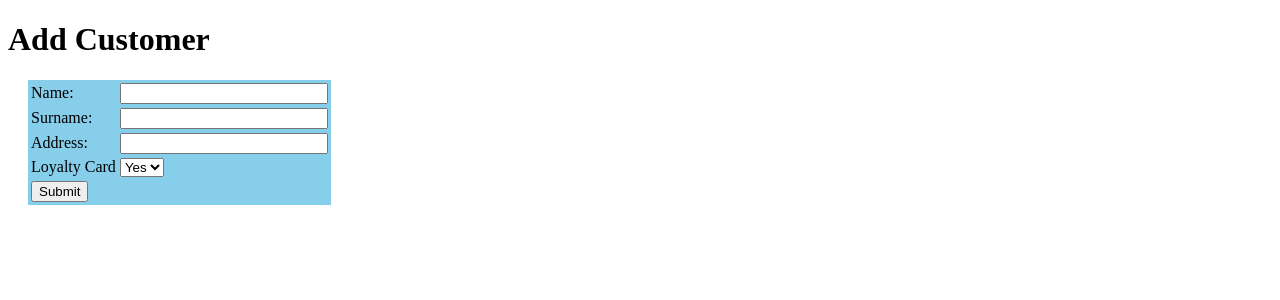
Repository: ieuqirne/Software_Architecture
Page: DE_Store/WebContent/addCustomer.html
These files come from the project's save history. The page is drawn as it stood at one moment and after the next save; the edit follows.
The browser window is 1280 px wide. The pictures show the whole page.

Above is the page before, as saved 2019-11-24 17:57:19.

After the next save:
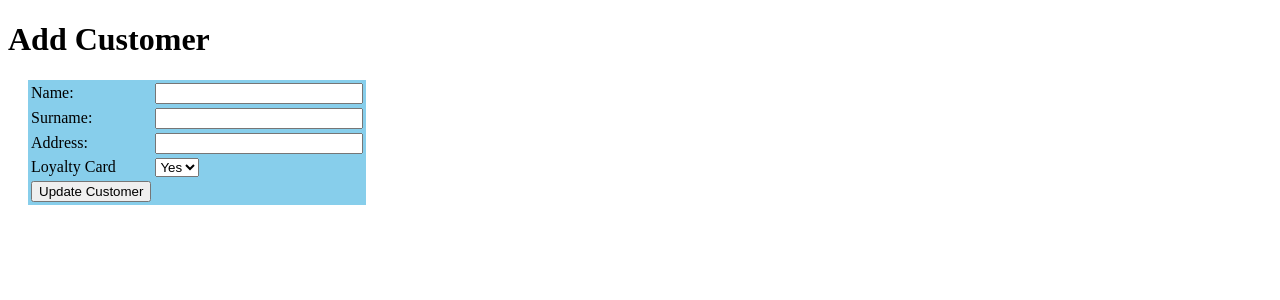
Saved 47 s later.
--- a/DE_Store/WebContent/addCustomer.html
+++ b/DE_Store/WebContent/addCustomer.html
@@ -17,7 +17,7 @@
 											<option value="No">No</option>
 										</select>
 								</td></tr>
-			<tr><td><input type="submit" value="Submit"></td></tr>
+			<tr><td><input type="submit" value="Update Customer"></td></tr>
 		</table>
 	</form>
 	<!--  Complete Interface addCustomer. -->
